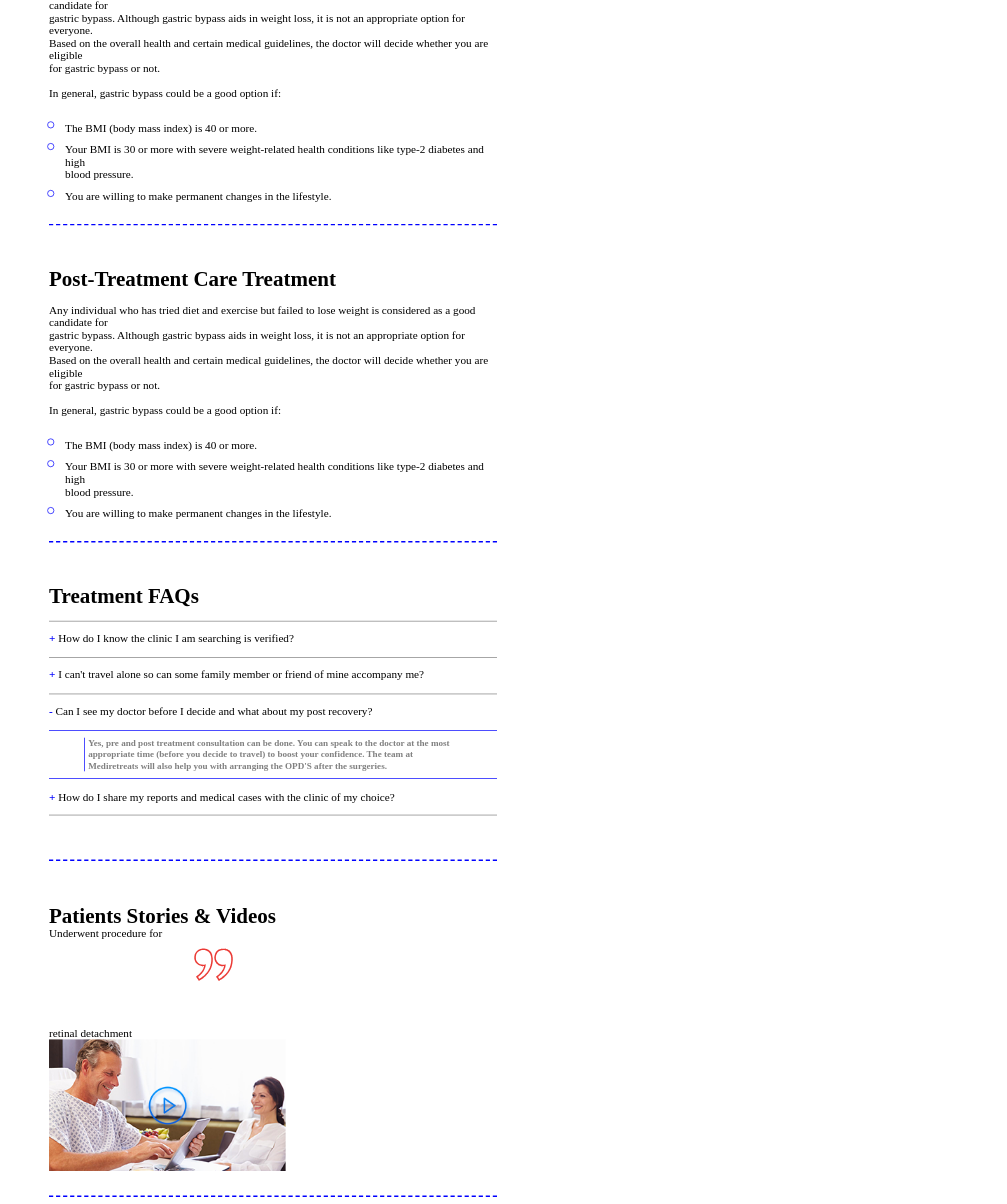
Repository: hetuk2005/webDevelopment
Page: Projects/Aafiya.html
These files come from the project's save history. The page is drawn as it stood at one moment and after the next save; the edit follows.
The browser window is 1280 px wide. The page is 1438 px wide, so the pictures cover 1438 px, including what lies to the right of the window. The pictures show the part of the page from y = 2827 to 4547 px (the page is 4547 px tall before and 4497 px after), at 70% of full size.

Above is the page before, as saved 2025-04-08 10:25:11.

### Projects/Aafiya.html
<!DOCTYPE html>
<html lang="en">

<head>
    <meta charset="UTF-8" />
    <meta name="viewport" content="width=device-width, initial-scale=1.0" />
    <title>Hetuk</title>
    <link rel="stylesheet" href="./CSS/Aafiya.css" />
</head>

<body>
    <nav>
        <div class="child1">
            <div class="images">
                <img src="./Images/Aafiya Logo.svg" alt="Aafiya Logo" class="img1" /><br />
                <img src="./Images/Logo 2.png" alt="Logo" class="img2" />
            </div>
            <div class="image_text">
                <div class="book_text">
                    <img src="./Images/Book.svg" alt="Book" class="img3" />
                    <div class="grid">
                        <br />
                        <p class="text">Second Medical Option</p>
                        <p class="text1">Book Consultation</p>
                    </div>
                </div>
                <div class="call_text">
                    <img src="./Images/Call.svg" alt="Call" class="img4" /><br />
                    <div class="grid">
                        <br />
                        <p class="text">Call Us On</p>
                        <p class="text1">985 896 2222</p>
                    </div>
                </div>
                <div class="mail_text">
                    <img src="./Images/Mail.png" alt="Mail" class="img5" />
                    <div class="grid">
                        <br />
                        <p class="text">Email Us On</p>
                        <p class="text1">info@mediretreats.com</p>
                    </div>
                </div>
                <div class="India">
                    <img src="./Images/India.svg" alt="India Flag" class="img6" />
                    <img src="./Images/Dropdown Arrow.svg" alt="Dropdown Arrow" class="img7" />
                </div>
            </div>
        </div>
        <div class="child2">
            <ul>
                <li>Home</li>
                <li>About Us</li>
                <li>Treatments +</li>
                <li>Destinations +</li>
                <li>Hospitals</li>
                <li>FAQs</li>
                <li>Blog</li>
                <li>Request A Quote</li>
            </ul>
            <input type="search" placeholder="Search" />
        </div>
    </nav>
    <div class="home_img">
        <div class="home_child">
            <p class="home_content">Home</p>
            <span> > </span>
            <p class="home_content">Treatments</p>
            <span> > </span>
            <p class="home_content">Orthopaedics</p>
            <span> > </span>
            <p class="home_content">Knee Replacement</p>
        </div>
        <br />
        <h3>Total Knee Replacement</h3>
        <p class="home_description">
            Total knee replacement is a surgery to remove and replace the whole<br /> damaged knee joint with an artificial joint.
        </p>
        <br />
        <button class="enquire_now">Enquire Now</button>
    </div>
    <div class="nav2">
        <ul>
            <li class="list">Overview</li>
            <li>Eligibility</li>
            <li>Preparation</li>
            <li>About Treatment</li>
            <li>Post-Treatment Care</li>
            <li>Recovery Tips</li>
            <li>FAQs</li>
            <li>Patients Stories</li>
        </ul>
    </div>
    <div class="treatment_overview">
        <div class="treatment_text">
            <h3>Treatment Overview</h3>
            <br />
            <p>
                Lorem ipsum dolor sit amet consectetur adipisicing elit.<br /> Earum, culpa vel debitis incidunt non quis.
            </p>
            <br />
            <p>
                Lorem ipsum dolor sit amet consectetur adipisicing elit.<br /> aliquam repudiandae, corporis consectetur dolorem eum.<br /> facilis quasi, praesentium inventore expedita quo hic.
            </p>
            <br />
            <p>
                Lorem ipsum dolor sit amet culpa vel debitis<br /> consectetur, adipisicing elit. Adipisci, nemo.
            </p>
            <br />
        </div>
        <div class="treatment_img">
            <img src="./Images/treatment_overview (1).jpg" alt="Image" />
        </div>
    </div>
    <div class="eligibility_for_treatment">
        <div class="eligibility_text">
            <h3>Eligibility For Treatment</h3>
            <br />
            <p>
                Any individual who has tried diet and exercise but failed to lose weight is considered as a good candidate for<br /> gastric bypass. Although gastric bypass aids in weight loss, it is not an appropriate option for everyone.<br /> Based
                on the overall health and certain medical guidelines, the doctor will decide whether you are eligible<br /> for gastric bypass or not.
            </p>
            <br />
            <p>In general, gastric bypass could be a good option if:</p>
            <br />
            <ul>
                <li>The BMI (body mass index) is 40 or more.</li>
                <li>
                    Your BMI is 30 or more with severe weight-related health conditions like type-2 diabetes and high<br /> blood pressure.
                </li>
                <li>You are willing to make permanent changes in the lifestyle.</li>
            </ul>
        </div>
        <br /><br /><br />
        <div class="eligibility_form">
            <h3>Need Help?</h3>
            <br />
            <p>
                Just let us know. We will be happy to<br /> assist you.
            </p>
            <br /><br />
            <form>
                <input type="text" placeholder="Full Name" /><br /><br />
                <input type="email" placeholder="Email" /><br /><br />
                <input type="tel" placeholder="Phone Number" /><br /><br />
                <input type="textarea" placeholder="Describe Your Treatment Requirement" class="textarea" /><br /><br />
                <button class="Enquiry">Send Enquiry</button>
            </form>
        </div>
    </div>
    <div class="preparation_of_treatment">
        <h3>Preparation Of Treatment</h3>
        <br />
        <p>
            Any individual who has tried diet and exercise but failed to lose weight is considered as a good candidate for<br /> gastric bypass. Although gastric bypass aids in weight loss, it is not an appropriate option for everyone.<br /> Based on
            the overall health and certain medical guidelines, the doctor will decide whether you are eligible<br /> for gastric bypass or not.
        </p>
        <br />
        <p>In general, gastric bypass could be a good option if:</p>
        <br />
        <ul>
            <li>The BMI (body mass index) is 40 or more.</li>
            <li>
                Your BMI is 30 or more with severe weight-related health conditions like type-2 diabetes and high<br /> blood pressure.
            </li>
            <li>You are willing to make permanent changes in the lifestyle.</li>
        </ul>
    </div>
    <div class="about_treatment">
        <h3>About Treatment</h3>
        <br />
        <p>
            Any individual who has tried diet and exercise but failed to lose weight is considered as a good candidate for<br /> gastric bypass. Although gastric bypass aids in weight loss, it is not an appropriate option for everyone.<br /> Based on
            the overall health and certain medical guidelines, the doctor will decide whether you are eligible<br /> for gastric bypass or not.
        </p>
        <br />
        <p>In general, gastric bypass could be a good option if:</p>
        <br />
        <ul>
            <li>The BMI (body mass index) is 40 or more.</li>
            <li>
                Your BMI is 30 or more with severe weight-related health conditions like type-2 diabetes and high<br /> blood pressure.
            </li>
            <li>You are willing to make permanent changes in the lifestyle.</li>
        </ul>
    </div>
    <div class="post_treatment">
        <h3>Post-Treatment Care Treatment</h3>
        <br />
        <p>
            Any individual who has tried diet and exercise but failed to lose weight is considered as a good candidate for<br /> gastric bypass. Although gastric bypass aids in weight loss, it is not an appropriate option for everyone.<br /> Based on
            the overall health and certain medical guidelines, the doctor will decide whether you are eligible<br /> for gastric bypass or not.
        </p>
        <br />
        <p>In general, gastric bypass could be a good option if:</p>
        <br />
        <ul>
            <li>The BMI (body mass index) is 40 or more.</li>
            <li>
                Your BMI is 30 or more with severe weight-related health conditions like type-2 diabetes and high<br /> blood pressure.
            </li>
            <li>You are willing to make permanent changes in the lifestyle.</li>
        </ul>
    </div>
    <div class="treatment_recovery">
        <h3>Post-Treatment Care Treatment</h3>
        <br />
        <p>
            Any individual who has tried diet and exercise but failed to lose weight is considered as a good candidate for<br /> gastric bypass. Although gastric bypass aids in weight loss, it is not an appropriate option for everyone.<br /> Based on
            the overall health and certain medical guidelines, the doctor will decide whether you are eligible<br /> for gastric bypass or not.
        </p>
        <br />
        <p>In general, gastric bypass could be a good option if:</p>
        <br />
        <ul>
            <li>The BMI (body mass index) is 40 or more.</li>
            <li>
                Your BMI is 30 or more with severe weight-related health conditions like type-2 diabetes and high<br /> blood pressure.
            </li>
            <li>You are willing to make permanent changes in the lifestyle.</li>
        </ul>
    </div>
    <div class="treatment_faqs">
        <h3>Treatment FAQs</h3>
        <br />
        <p>How do I know the clinic I am searching is verified?</p>
        <br />
        <p>
            I can't travel alone so can some family member or friend of mine accompany me?
        </p>
        <br />
        <p class="answered">
            Can I see my doctor before I decide and what about my post recovery?
        </p>
        <br />
        <p class="answer">
            <span class="left">
          Yes, pre and post treatment consultation can be done. You can speak to
          the doctor at the most<br />
          appropriate time (before you decide to travel) to boost your
          confidence. The team at<br />
          Mediretreats will also help you with arranging the OPD'S after the
          surgeries.
        </span>
        </p>
        <br />
        <a class="bottom">
        How do I share my reports and medical cases with the clinic of my
        choice?
      </a>
        <br />
    </div>
    <div class="patient_stories">
        <h3>Patients Stories & Videos</h3>
        <div class="stories_img">
            <p class="stories_text">Underwent procedure for</p> <img src="./Images/Quotes.svg" alt="Quotes" class="quotes">
            <p class="stories_text">retinal detachment</p>
            <img src="./Images/Patient_Stories.png" alt="Image Of Patient" class="patients" />
        </div>
    </div>
</body>

</html>

### Projects/CSS/Aafiya.css
* {
    margin: 0;
    padding: 0;
    box-sizing: border-box;
}

nav {
    width: 100%;
}

.child1 {
    display: flex;
    padding-top: 15px;
    gap: 20px;
    /* height: 50vh; */
    /* border: 1px solid black; */
    justify-content: space-evenly;
    align-items: center;
}

.img3,
.img4,
.img5 {
    height: 60px;
    width: 60px;
    padding-top: 10px;
    object-fit: contain;
}

.book_text,
.call_text,
.mail_text {
    display: flex;
    width: 250px;
    /* border: 1px solid red; */
    justify-content: center;
    padding-bottom: 15px;
}

.grid {
    display: grid;
    text-align: left;
    padding-left: 10px;
}

.img1 {
    height: 70px;
    width: 300px;
    object-fit: contain;
}

.img2 {
    height: 80px;
    width: 70px;
    object-fit: contain;
}

.image_text {
    display: flex;
    gap: 20px;
    padding-right: 50px;
}

.images {
    display: flex;
    gap: 25px;
    padding-left: 50px;
    justify-content: center;
    align-items: center;
}

.text1 {
    font-weight: bolder;
    font-size: 15px;
}

.text {
    font-weight: bold;
    color: gray;
    font-size: 15px;
}

.India {
    display: flex;
    padding-left: 5px;
    justify-content: center;
    gap: 8px;
}

.India>.img6 {
    height: 50px;
    /* width: 50px; */
    padding-top: 10px;
    object-fit: contain;
}

.India>.img7 {
    height: 40px;
    /* width: 40px; */
    padding-top: 23px;
    object-fit: contain;
}

.child2 {
    display: flex;
    padding-top: 10px;
    /* border: 1px solid black; */
    justify-content: space-evenly;
    align-items: center;
    color: white;
    padding-bottom: 10px;
    background-color: rgb(125, 163, 244);
}

.child2>ul {
    list-style-type: none;
    display: flex;
    gap: 60px;
    justify-content: center;
    font-weight: bold;
    align-items: center;
    font-size: larger;
    padding-right: 60px;
}

.child2>input {
    height: 45px;
    background-color: rgb(125, 163, 244);
    width: 200px;
    padding-left: 10px;
    font-weight: bold;
    border: 2px solid black;
}

.child2>input::placeholder {
    color: white;
    text-align: center;
    font-size: large;
    font-weight: bolder;
    opacity: 0.8;
}

.home_img {
    background-image: url(../Images/Main\ Image.jpg);
    background-position: center center;
    background-size: cover;
    background-repeat: no-repeat;
    padding: 80px 0;
    padding-left: 70px;
    position: relative;
    color: white;
}

.home_img>.home_child {
    display: flex;
    gap: 20px;
}

.home_img>.home_child>.home_content,
span {
    font-size: 20px;
    font-weight: bold;
}

.home_img>h3 {
    font-size: 37px;
    font-weight: bolder;
    margin-bottom: 15px;
}

.home_img>.home_description {
    font-size: 19px;
    margin-bottom: 25px;
    font-weight: bold;
}

.home_img>.home_child>span {
    color: red;
}

.home_img>.enquire_now {
    background-color: #1da1f2;
    font-weight: bold;
    color: white;
    font-size: 17px;
    width: 170px;
    height: 40px;
}

.nav2>ul {
    list-style-type: none;
    display: flex;
    gap: 50px;
    padding-left: 60px;
    padding-top: 25px;
    padding-bottom: 20px;
    border-bottom: 2px solid gray;
    font-size: larger;
    font-weight: 300;
}

.nav2>ul>.list:hover {
    text-decoration: underline;
}

.treatment_overview {
    display: flex;
    width: 100%;
    gap: 50px;
    margin-bottom: 10px;
    border-bottom: 2px dashed blue;
    margin-left: 70px;
}

.treatment_overview>.treatment_text {
    padding-top: 67px;
    padding-bottom: 50px;
}

.treatment_overview>.treatment_text>p {
    font-size: 25px;
    padding-bottom: 25px;
}

.treatment_overview>.treatment_text>h3 {
    font-weight: bold;
    font-size: 30px;
}

.treatment_overview>.treatment_img>img {
    height: 480px;
    width: 700px;
    padding-top: 40px;
    padding-bottom: 40px;
    object-fit: contain;
    margin-right: 70px;
}

.eligibility_for_treatment {
    display: flex;
    width: 100%;
    gap: 80px;
    padding-top: 50px;
    margin-left: 70px;
}

.eligibility_for_treatment>.eligibility_text {
    border-bottom: 2px dashed blue;
}

.eligibility_for_treatment>.eligibility_text>h3 {
    font-size: 30px;
    font-weight: bold;
}

.eligibility_for_treatment>.eligibility_text>ul {
    list-style-type: circle;
    padding-left: 23px;
}

.eligibility_for_treatment>.eligibility_text>ul>li::marker {
    color: blue;
    font-size: 30px;
    font-weight: bold;
}

.eligibility_for_treatment>.eligibility_form>h3 {
    font-size: 35px;
    color: blue;
    font-weight: bold;
    font-style: italic;
}

.eligibility_form {
    box-shadow: 0 0 10px rgba(0, 0, 0, 0.4);
    border-radius: 7px;
    padding: 20px;
}

.eligibility_for_treatment>.eligibility_form>p {
    font-size: 20px;
}

.eligibility_for_treatment>.eligibility_form>form>input {
    height: 40px;
    width: 300px;
    gap: 20px;
    border: 2px solid black;
    border-radius: 7px;
}

.eligibility_for_treatment>.eligibility_form>form>input::placeholder {
    color: gray;
    padding-left: 15px;
}

.eligibility_for_treatment>.eligibility_form>form>.textarea {
    height: 100px;
    width: 300px;
    border: 2px solid black;
    border-radius: 7px;
}


/*.eligibility_for_treatment>.eligibility_form>form>.textarea::placeholder {
    padding-bottom: 70px;
}*/

.eligibility_for_treatment>.eligibility_form>form>button {
    background: linear-gradient(to right, #00aaff, #66ccff);
    color: white;
    width: 100%;
    border-radius: 7px;
    border: none;
    height: 45px;
}

.preparation_of_treatment>h3 {
    font-size: 30px;
    font-weight: bold;
}

.preparation_of_treatment {
    border-bottom: 2px dashed blue;
    margin-bottom: 10px;
    padding-bottom: 30px;
    gap: 50px;
    padding-top: 50px;
    margin-left: 70px;
    width: 50%;
}

.preparation_of_treatment>ul {
    list-style-type: circle;
    padding-left: 23px;
}

.preparation_of_treatment>ul>li::marker {
    color: blue;
    font-size: 30px;
    font-weight: bold;
}

.about_treatment {
    border-bottom: 2px dashed blue;
    margin-bottom: 10px;
    padding-bottom: 30px;
    gap: 50px;
    padding-top: 50px;
    margin-left: 70px;
    width: 50%;
}

.about_treatment>ul {
    list-style-type: circle;
    padding-left: 23px;
}

.about_treatment>ul>li::marker {
    color: blue;
    font-size: 30px;
    font-weight: bold;
}

.about_treatment>h3 {
    font-size: 30px;
    font-weight: bold;
}

.post_treatment {
    border-bottom: 2px dashed blue;
    margin-bottom: 10px;
    padding-bottom: 30px;
    gap: 50px;
    padding-top: 50px;
    margin-left: 70px;
    width: 50%;
}

.post_treatment>ul {
    list-style-type: circle;
    padding-left: 23px;
}

.post_treatment>ul>li::marker {
    color: blue;
    font-size: 30px;
    font-weight: bold;
}

.post_treatment>h3 {
    font-size: 30px;
    font-weight: bold;
}

.treatment_recovery {
    border-bottom: 2px dashed blue;
    margin-bottom: 10px;
    padding-bottom: 30px;
    gap: 50px;
    padding-top: 50px;
    margin-left: 70px;
    width: 50%;
}

.treatment_recovery>ul {
    list-style-type: circle;
    padding-left: 23px;
}

.treatment_recovery>ul>li::marker {
    color: blue;
    font-size: 30px;
    font-weight: bold;
}

.treatment_recovery>h3 {
    font-size: 30px;
    font-weight: bold;
}

.treatment_faqs>h3 {
    font-size: 30px;
    font-weight: bold;
}

.treatment_faqs {
    border-bottom: 2px dashed blue;
    padding-bottom: 45px;
    margin-bottom: 11px;
    gap: 50px;
    padding-top: 50px;
    margin-left: 70px;
    width: 50%;
}

.treatment_faqs>p {
    border-top: 1px solid gray;
    padding-top: 15px;
    counter-reset: value;
}

.treatment_faqs>p::before {
    counter-increment: value;
    content: "+  ";
    font-weight: bold;
    color: blue;
}

.treatment_faqs>.answered {
    counter-reset: value;
}

.treatment_faqs>.answered::before {
    counter-increment: value;
    content: "-  ";
    color: blue;
}

.treatment_faqs>.bottom {
    border-bottom: 1px solid gray;
    display: block;
    padding-bottom: 15px;
    counter-reset: value;
}

.treatment_faqs>.bottom::before {
    counter-increment: value;
    content: "+  ";
    font-weight: bold;
    color: blue;
}

.treatment_faqs>.answer {
    border-top: 1px solid blue;
    border-bottom: 1px solid blue;
    padding-left: 50px;
    padding-top: 10px;
    padding-bottom: 10px;
    counter-reset: value;
}

.treatment_faqs>.answer::before {
    counter-increment: value;
    content: "";
    color: blue;
}

.treatment_faqs>.answer>.left {
    border-left: 1px solid blue;
    display: block;
    font-size: small;
    padding-left: 5px;
    color: gray;
}

.patient_stories {
    border-bottom: 2px dashed blue;
    margin-bottom: 10px;
    padding-bottom: 30px;
    gap: 50px;
    padding-top: 50px;
    margin-left: 70px;
    width: 50%;
}

.patient_stories>h3 {
    font-size: 30px;
    font-weight: bold;
}

.patient_stories>.stories_img>.quotes {
    height: 70px;
    width: 70px;
    margin-left: 200px;
    margin-bottom: 50px;
    object-fit: contain;
}

After the next save:
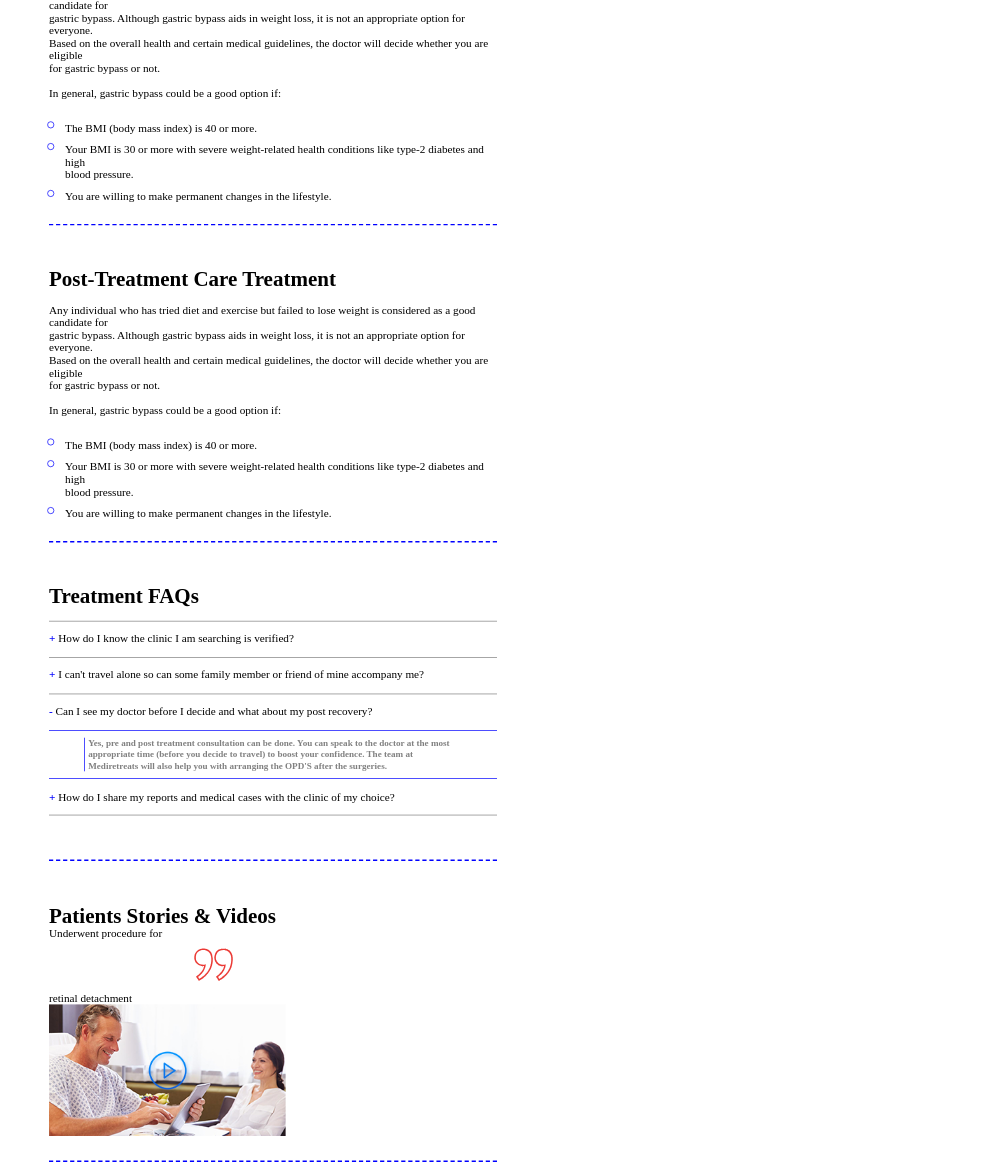
Saved 6 s later.
--- a/Projects/CSS/Aafiya.css
+++ b/Projects/CSS/Aafiya.css
@@ -513,6 +513,6 @@ span {
     height: 70px;
     width: 70px;
     margin-left: 200px;
-    margin-bottom: 50px;
-    object-fit: contain;
-}
+    /* margin-bottom: 50px; */
+    object-fit: contain;
+}
